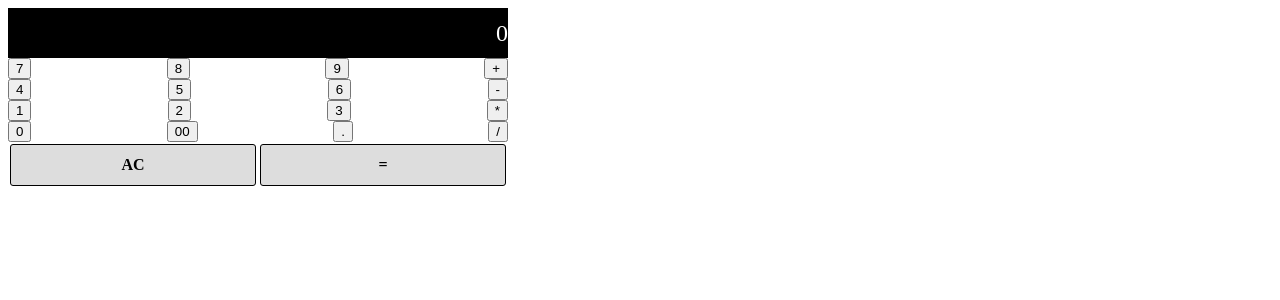
Repository: masa-rock/kadai_jquery_2
Page: index.html
The author's editor kept a record of every edit. The page is drawn from the files as they stood at one moment, then again after the next edit.
The browser window is 1280 px wide. The pictures show the whole page.
Some web libraries are served in a nearby version.

Above is the page before.

After the next edit:
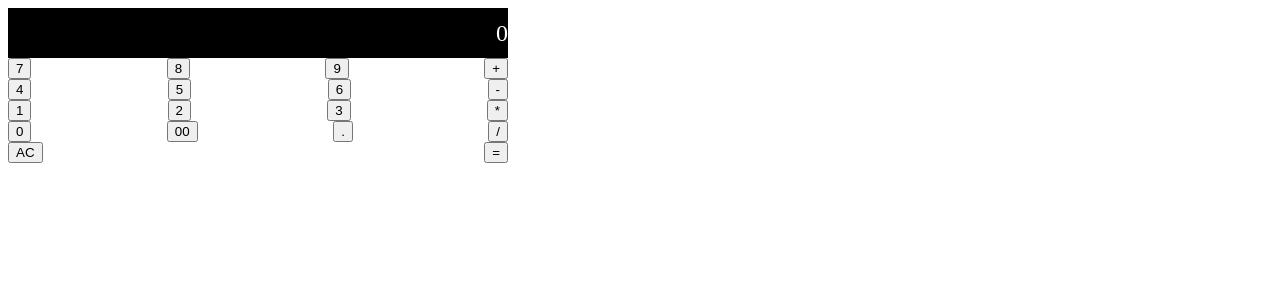
The edit:
--- a/index.html
+++ b/index.html
@@ -36,8 +36,8 @@
               <button id= "com_cal">/</button>
             </div>
             <div class="calculator_command">
-              <div class="com_ac">AC</div>
-              <div class="com_equal">=</div>
+              <button class="com_ac">AC</button>
+              <button class="com_equal">=</button>
             </div>
           </div>
         </div>
